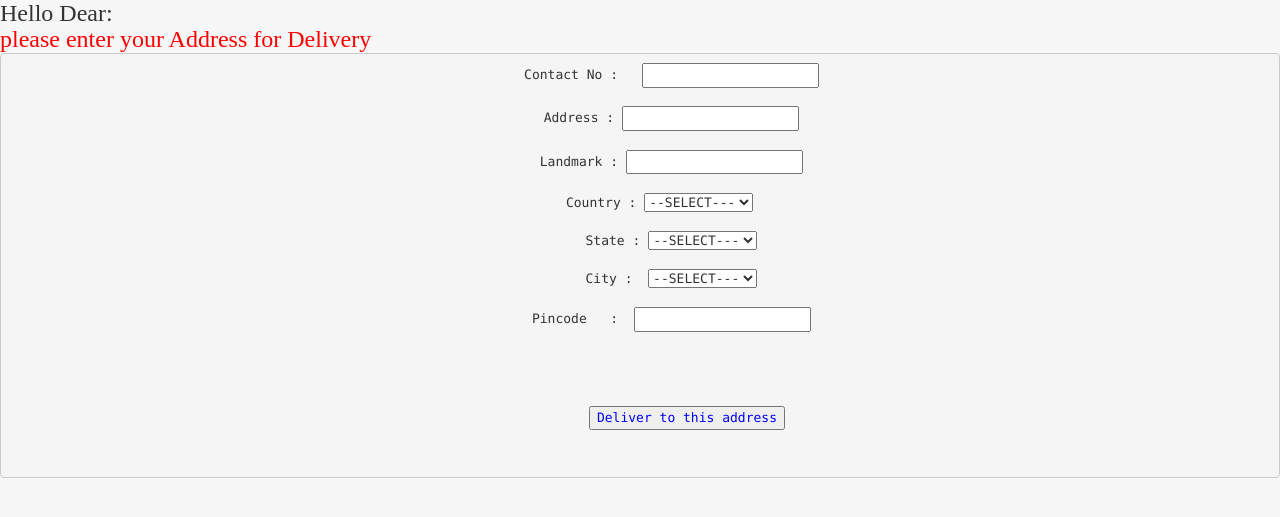
Repository: rasoolshaik06/ecom-application
Page: http://localhost/proceed
An editor plug-in stored every save of this project. The page is shown before and after the next save, followed by the edit.
The browser window is 1280 px wide. The pictures show the whole page.
Some web fonts or font styles are not loaded; a fallback is used. The page is this project's Thymeleaf template; nobody is signed in. The template is opened directly, without the code that normally fills it, so the values that code supplies are empty.

Above is the page before, as saved 2020-05-27 11:38:43.

After the next save:
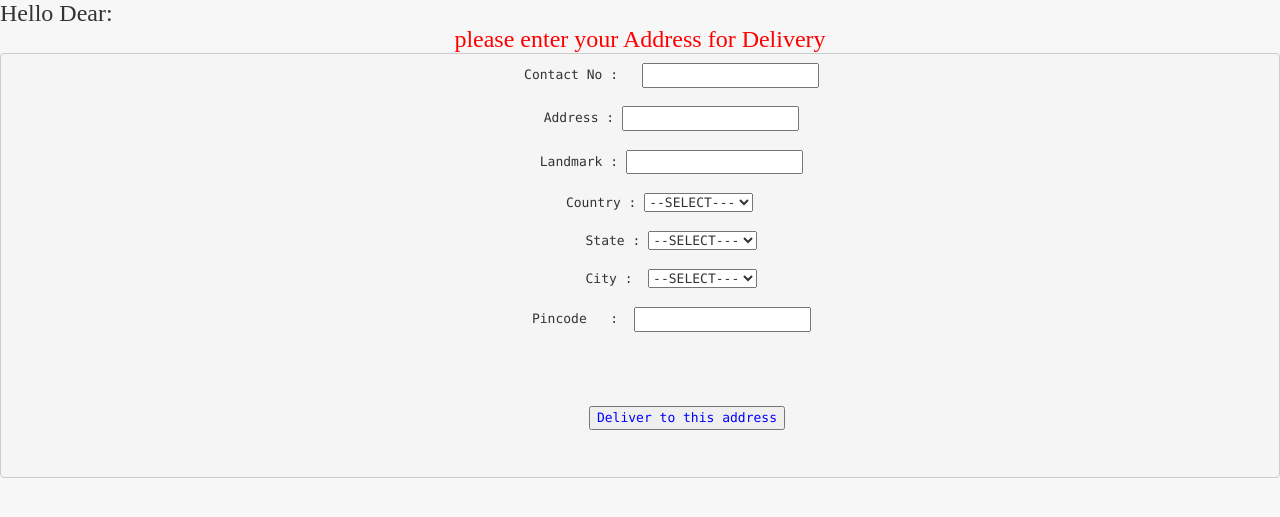
Saved 15 s later.
--- a/ProductManager/src/main/resources/templates/proceed.html
+++ b/ProductManager/src/main/resources/templates/proceed.html
@@ -161,10 +161,10 @@ $(document).ready(function(){
 
 			</div>
 
+
+
+<form action="#" th:object="${add}" method="post" align="center">
 <h3 style="color:red;">please enter your Address for Delivery</h3>
-
-
-<form action="#" th:object="${add}" method="post" align="center">
 		<pre>
 	Contact No :   <input type="text" th:field="*{contactNo}">
 
